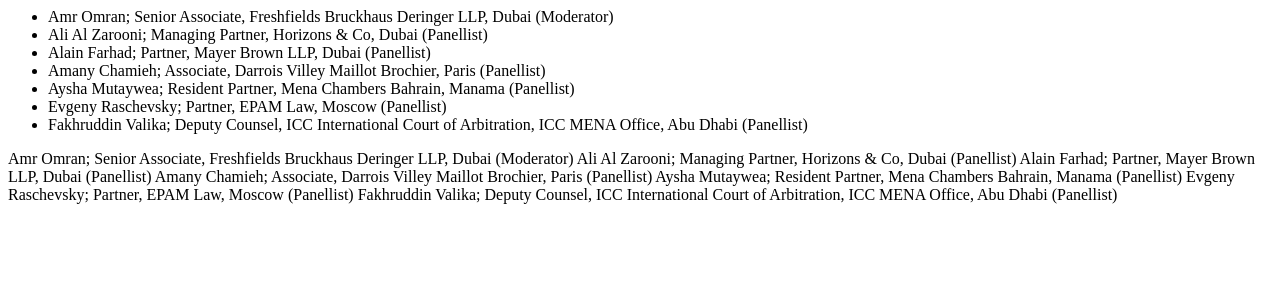
Repository: shifanafin/store-ap
Page: starter/Untitled-1.html
The author's editor kept a copy of each file at every save. The page is drawn from the files as they stood at one save, then again after the next save.
The browser window is 1280 px wide. The pictures show the whole page.

Above is the page before, as saved 2023-09-28 18:14:18.

After the next save:
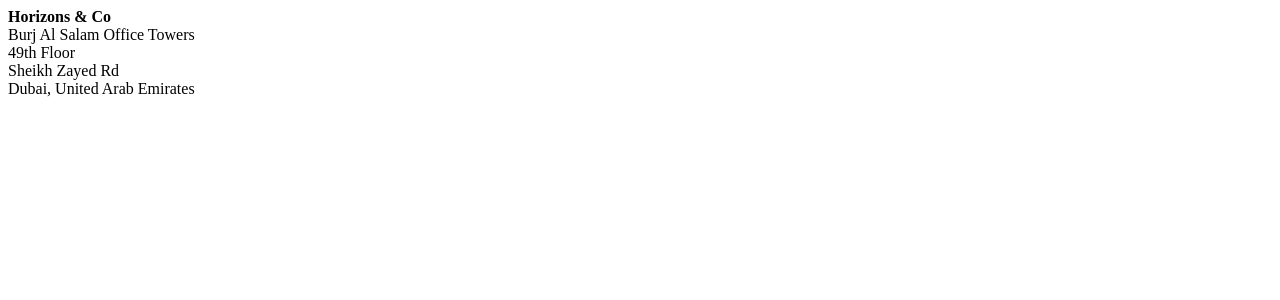
Saved 2 min 5 s later.
--- a/starter/Untitled-1.html
+++ b/starter/Untitled-1.html
@@ -1,34 +1,9 @@
-<ul>
-    <li>Amr Omran; Senior Associate, Freshfields Bruckhaus Deringer LLP, Dubai (Moderator)</li>
-    <li>Ali Al Zarooni; Managing Partner, Horizons & Co, Dubai (Panellist)</li>
-    <li>
-Alain Farhad; Partner, Mayer Brown LLP, Dubai (Panellist)
-
-    </li>
-    <li>
-        Amany Chamieh; Associate, Darrois Villey Maillot Brochier, Paris (Panellist)
-
-    </li>
-    <li>
-        Aysha Mutaywea; Resident Partner, Mena Chambers Bahrain, Manama (Panellist)
-
-    </li>
-    <li>
-        Evgeny Raschevsky; Partner, EPAM Law, Moscow (Panellist)
-
-    </li>
-    <li>
-        Fakhruddin Valika; Deputy Counsel, ICC International Court of Arbitration, ICC MENA Office, Abu Dhabi (Panellist)
-
-    </li>
-</ul>
-
-
-
-Amr Omran; Senior Associate, Freshfields Bruckhaus Deringer LLP, Dubai (Moderator)
-Ali Al Zarooni; Managing Partner, Horizons & Co, Dubai (Panellist)
-Alain Farhad; Partner, Mayer Brown LLP, Dubai (Panellist)
-Amany Chamieh; Associate, Darrois Villey Maillot Brochier, Paris (Panellist)
-Aysha Mutaywea; Resident Partner, Mena Chambers Bahrain, Manama (Panellist)
-Evgeny Raschevsky; Partner, EPAM Law, Moscow (Panellist)
-Fakhruddin Valika; Deputy Counsel, ICC International Court of Arbitration, ICC MENA Office, Abu Dhabi (Panellist)
+<b>Horizons & Co</b>
+<br>
+Burj Al Salam Office Towers
+<br>
+49th Floor
+<br>
+Sheikh Zayed Rd
+<br>
+Dubai, United Arab Emirates
